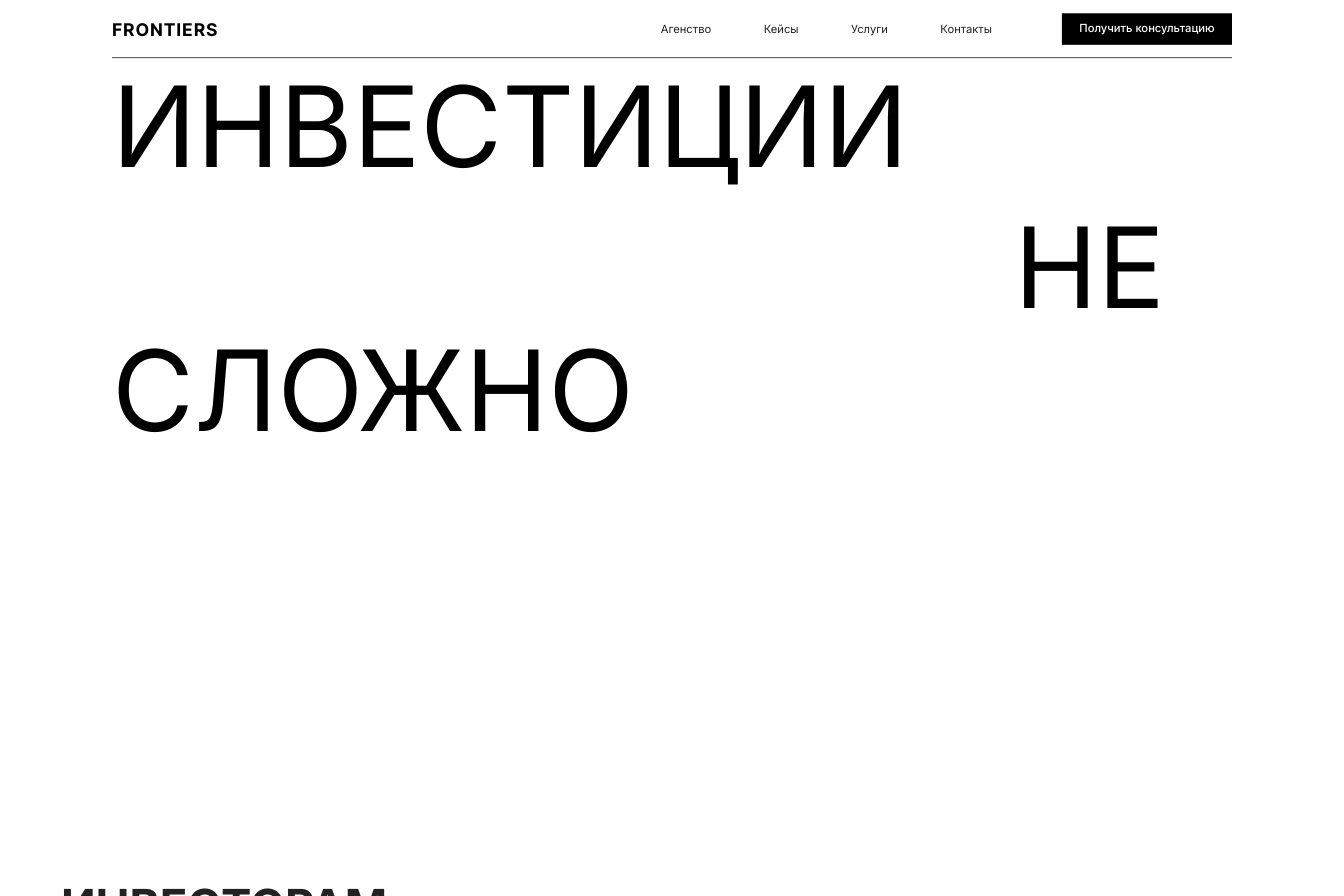
Repository: NadyaKorvin/frontiers
Page: /
The author's editor kept a copy of each file at every save. The page is drawn from the files as they stood at one save, then again after the next save.
The browser window is 1280 px wide. The page is 1920 px wide, so the pictures cover 1920 px, including what lies to the right of the window. The pictures show the part of the page from y = 0 to 1280 px (the page is 1728 px tall), at 70% of full size.
The project was rebuilt for these pictures with package versions that can differ from the ones it lists, and the page was loaded fresh each time.

Above is the page before, as saved 2022-05-23 04:42:45.

After the next save:
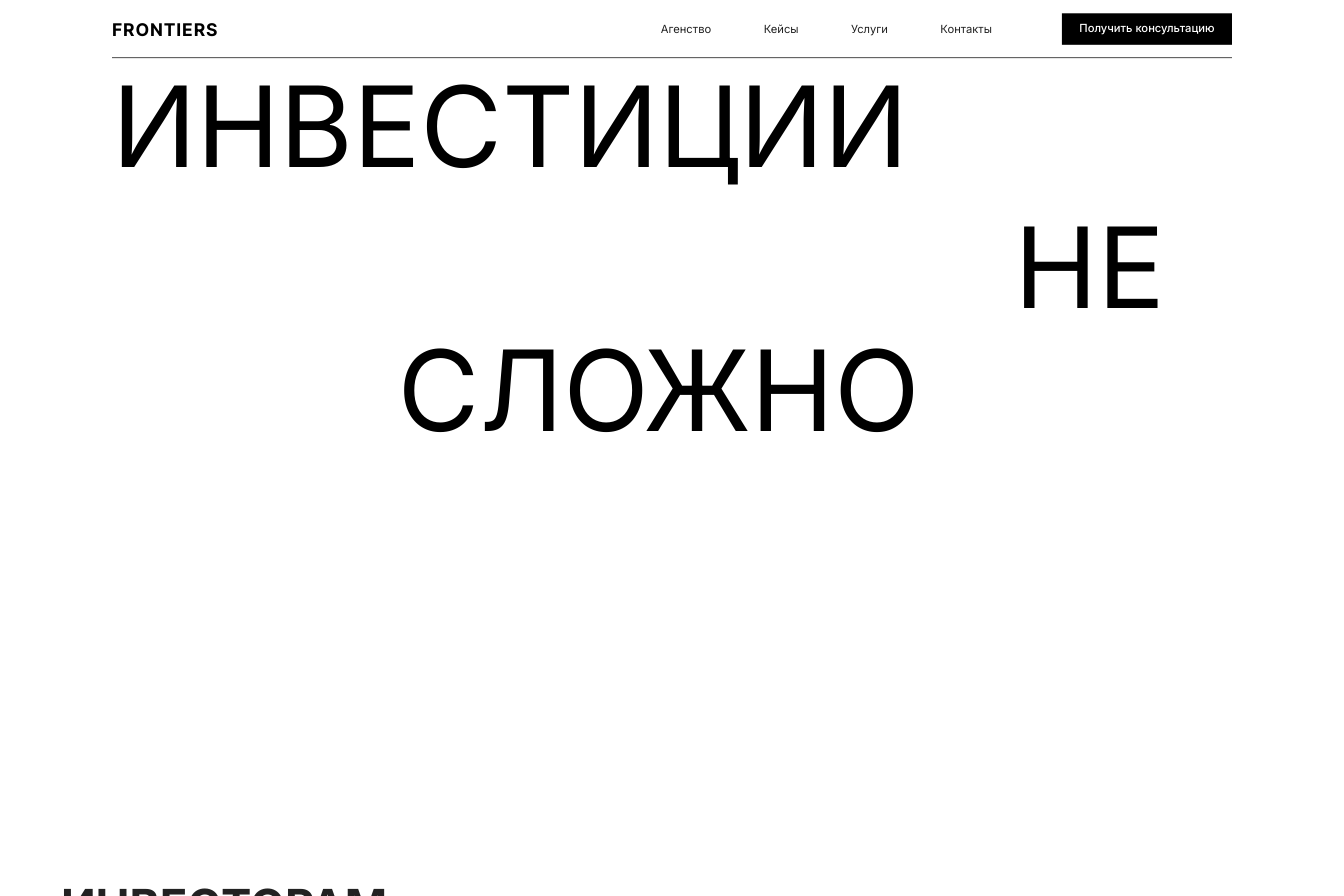
Saved 17 s later.
--- a/src/components/firstScreen/FirstScreen.module.css
+++ b/src/components/firstScreen/FirstScreen.module.css
@@ -76,5 +76,5 @@
 
 p:nth-child(3) {
     top: 461px;
-    left: 160px;
+    left: 568px;
 }
